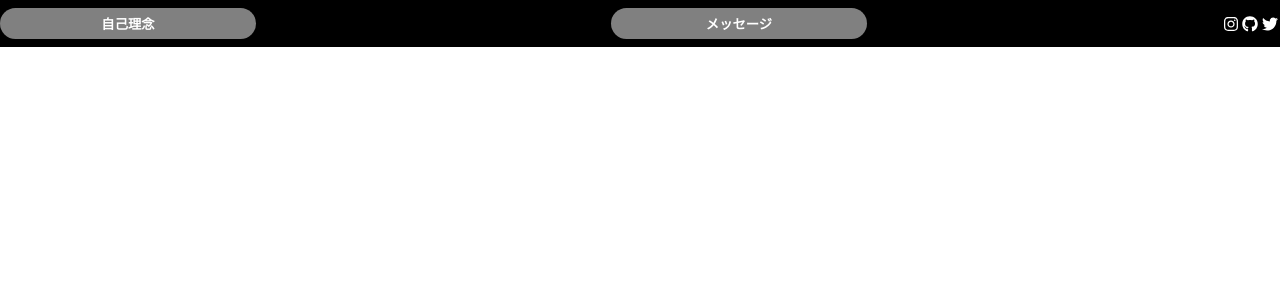
Repository: Rujuu-prog/react-mysite
Page: /
An editor plug-in stored every save of this project. The page is shown before and after the next save, followed by the edit.
The browser window is 1280 px wide. The pictures show the whole page.
The project was rebuilt for these pictures with package versions that can differ from the ones it lists, and the page was loaded fresh each time. A package was used in the major version that the imports need, not the one package.json lists.

Above is the page before, as saved 2021-05-12 15:49:53.

After the next save:
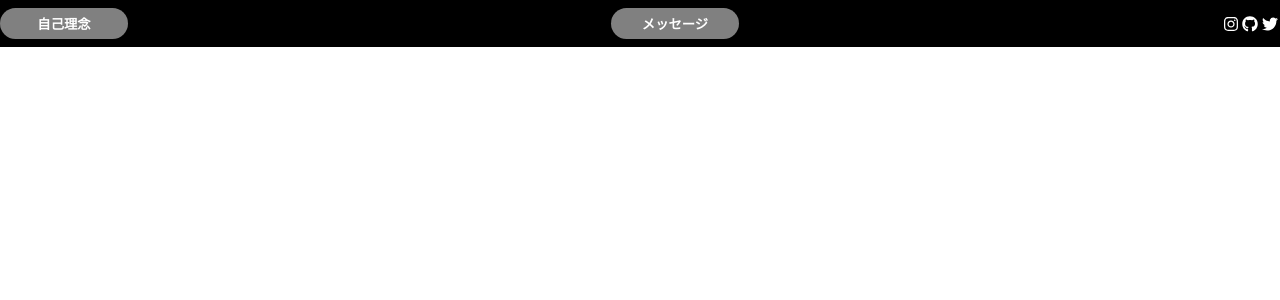
Saved 5 s later.
--- a/src/components/atoms/button/PrimaryButton.tsx
+++ b/src/components/atoms/button/PrimaryButton.tsx
@@ -8,5 +8,5 @@ export const PrimaryButton = (props:any) => {
 
 const SButton = styled(BaseButton)`
     background-color: gray;
-    width: 20%;
+    width: 10%;
 `;
